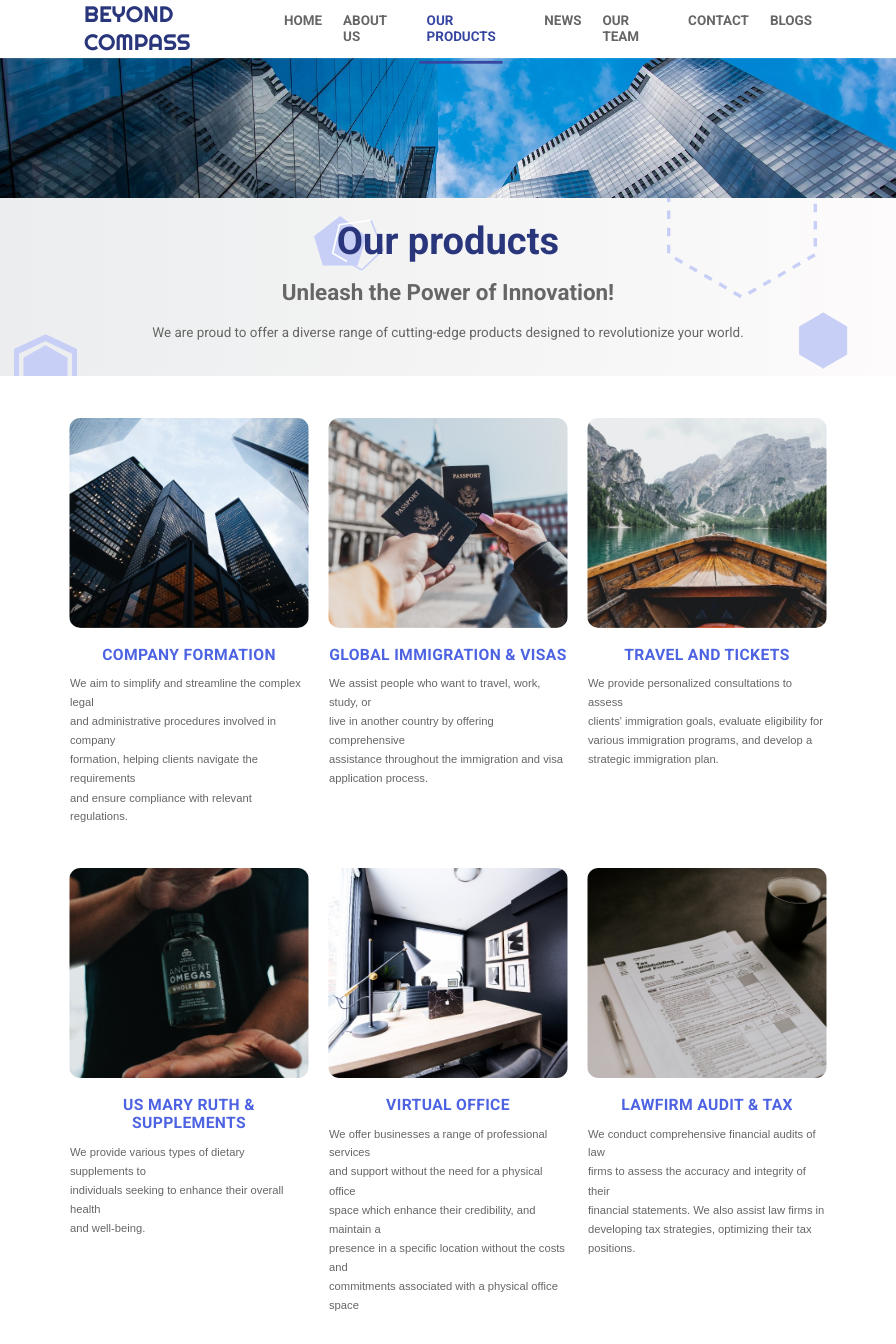
Repository: trunghau06/baitapRn
Page: pages/product.html
An editor plug-in stored every save of this project. The page is shown before and after a run of saves, followed by the edit.
The browser window is 1280 px wide. The pictures show the part of the page from y = 0 to 1920 px (the page is 3246 px tall before and 3326 px after), at 70% of full size.

Above is the page before, as saved 2025-10-09 22:41:40.

After the next 3 saves:
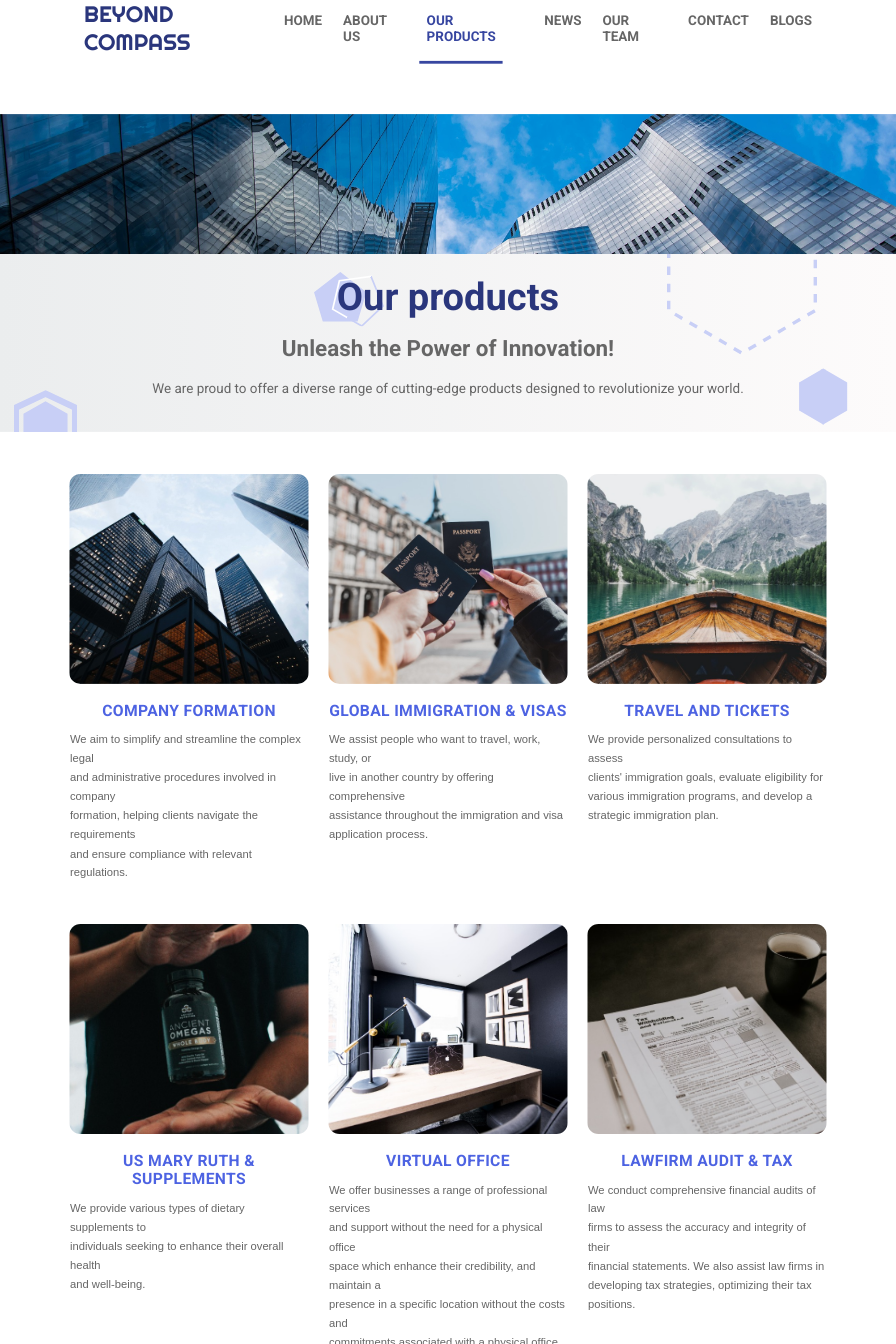
The 3 saves are shown as one change because they came seconds apart.
The last was saved 2 min 9 s later.
--- a/style/product.css
+++ b/style/product.css
@@ -8,6 +8,7 @@
 
 body {
     font-family: Arial, sans-serif;
+    padding-top: 80px;
 }
 
 /* Header */
